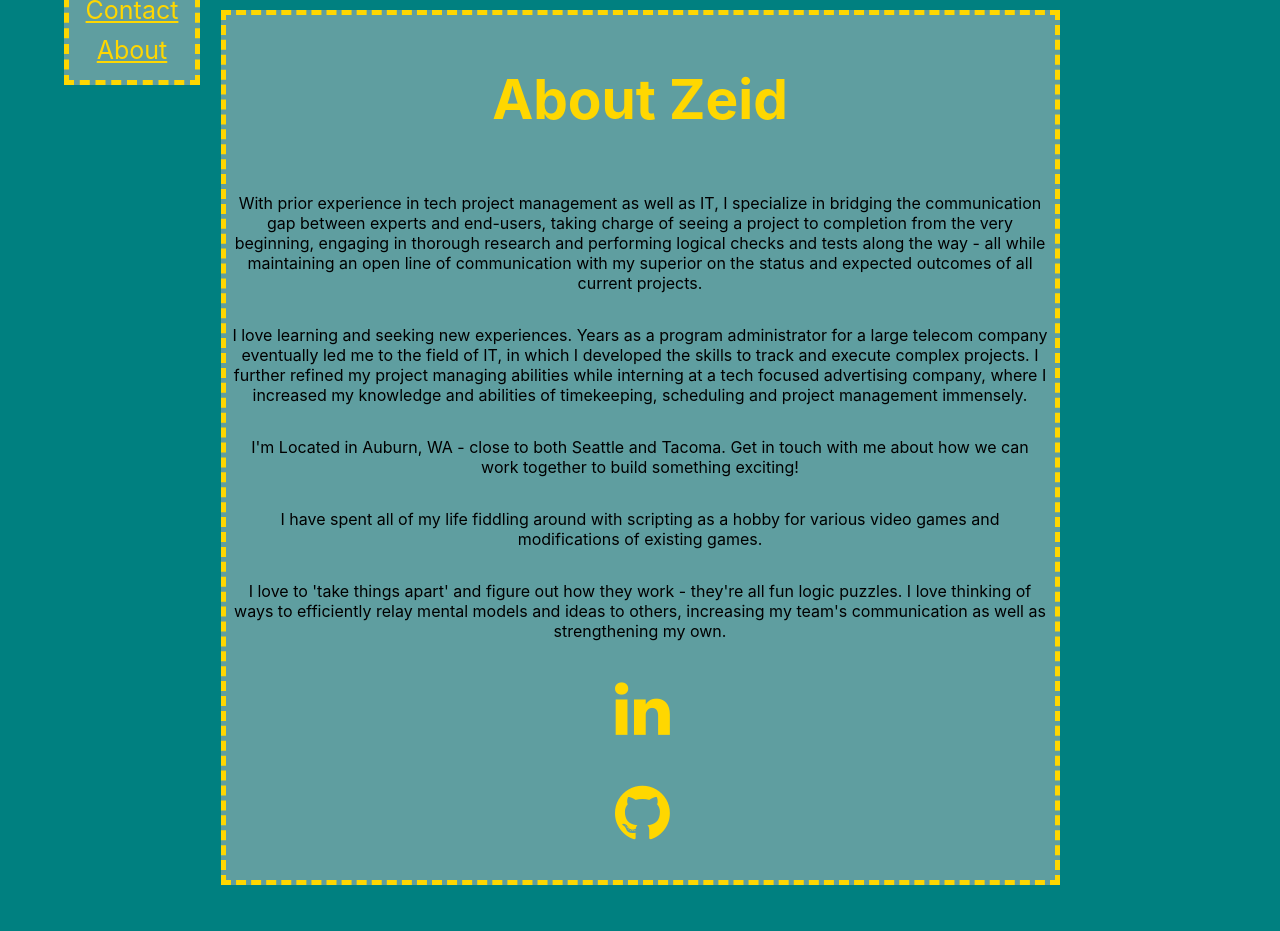
Repository: zeidalidiez/portfolioreact
Page: /About
These files come from the project's save history. The page is drawn as it stood at one moment and after the next save; the edit follows.
The browser window is 1280 px wide. The pictures show the whole page.
The project was rebuilt for these pictures with package versions that can differ from the ones it lists, and the page was loaded fresh each time. Also part of the build but not shown: src/components/Thumbnail.js, src/components/Projects.js, src/components/Contact.js.

Above is the page before, as saved 2021-02-08 18:56:18.

### public/index.html
<!DOCTYPE html>
<html lang="en">
  <head>
    <meta charset="utf-8" />
    <link href="data:[embedded picture, 289 characters]" rel="icon" type="image/x-icon" />    <meta name="viewport" content="width=device-width, initial-scale=1" />
    <link rel="stylesheet" href="https://cdnjs.cloudflare.com/ajax/libs/font-awesome/4.7.0/css/font-awesome.min.css">
    <meta name="theme-color" content="#000000" />
    <meta
      name="description"
      content="Web site created using create-react-app"
    />    <!--
      manifest.json provides metadata used when your web app is installed on a
      user's mobile device or desktop. See https://developers.google.com/web/fundamentals/web-app-manifest/
    -->
    <link rel="manifest" href="%PUBLIC_URL%/manifest.json" />
    <!--
      Notice the use of %PUBLIC_URL% in the tags above.
      It will be replaced with the URL of the `public` folder during the build.
      Only files inside the `public` folder can be referenced from the HTML.

      Unlike "/favicon.ico" or "favicon.ico", "%PUBLIC_URL%/favicon.ico" will
      work correctly both with client-side routing and a non-root public URL.
      Learn how to configure a non-root public URL by running `npm run build`.
    -->
    <title>Zeid Diez - Portfolio</title>
  </head>
  <body>
    <noscript>You need to enable JavaScript to run this app.</noscript>
    <div id="root"></div>
    <!--
      This HTML file is a template.
      If you open it directly in the browser, you will see an empty page.

      You can add webfonts, meta tags, or analytics to this file.
      The build step will place the bundled scripts into the <body> tag.

      To begin the development, run `npm start` or `yarn start`.
      To create a production bundle, use `npm run build` or `yarn build`.
    -->
  </body>
</html>

### src/index.js
import React from 'react';
import ReactDOM from 'react-dom';
import './index.css';
import App from './components/App';
import reportWebVitals from './reportWebVitals';

ReactDOM.render(
  <React.StrictMode>
  <App />
  </React.StrictMode>,
  document.getElementById('root')
);

// If you want to start measuring performance in your app, pass a function
// to log results (for example: reportWebVitals(console.log))
// or send to an analytics endpoint. Learn more: https://bit.ly/CRA-vitals
reportWebVitals();

### src/components/App.js
// App.jsx

import React from 'react';
import logo from './logo.svg';
// Import the BrowserRouter, Route and Link components
import {Route, BrowserRouter as Router, Link} from "react-router-dom";
import Projects from './Projects.js';
import Contact from './Contact.js';
import About from './About.js';
import './App.css';

function App() {
  return (
    <header>
    <Router>
      <div className="App">
        <Route exact path="/Projects" component={Projects} />
        <Route exact path="/Contact" component={Contact} />
        <Route exact path="/About" component={About} />
        <Route exact path="/" component={About} />
  <nav>
        <div className="navigation">
          <div className="navigation-sub">
            <Link to="/Projects" className="item">Projects</Link>
            <Link to="/Contact" className="item">Contact</Link>
            <Link to="/About" className="item">About</Link>

          </div>
        </div>
        </nav>
      </div>
    </Router>
    <menu>

</menu>
    </header>


  );
}

export default App;

### src/components/About.js
import React from "react"

function About(props) {
  return (
    <div className="aboutDiv">
      <h2>About Zeid</h2>
      <p>With prior experience in tech project management as well as IT, I specialize in bridging the communication gap between experts and end-users, taking charge of seeing a project to completion from the very beginning, engaging in thorough research and performing logical checks and tests along the way - all while maintaining an open line of communication with my superior on the status and expected outcomes of all current projects. </p>
      <p>I love learning and seeking new experiences. Years as a program administrator for a large telecom company eventually led me to the field of IT, in which I developed the skills to track and execute complex projects. I further refined my project managing abilities while interning at a tech focused advertising company, where I increased my knowledge and abilities of timekeeping, scheduling and project management immensely.</p>
      <p>I'm Located in Auburn, WA - close to both Seattle and Tacoma. Get in touch with me about how we can work together to build something exciting! </p>
      <p>I have spent all of my life fiddling around with scripting as a hobby for various video games and modifications of existing games.</p>
      <p>I love to 'take things apart' and figure out how they work - they're all fun logic puzzles. I love thinking of ways to efficiently relay mental models and ideas to others, increasing my team's communication as well as strengthening my own.</p>

      <a href="https://www.linkedin.com/in/zeid-diez/" class="fa fa-linkedin"></a>
      <a href="https://github.com/zeidalidiez" class="fa fa-github"></a>
    </div>
  )
}

export default About;

### src/components/App.css

body {
  background-color: teal;
  display: grid;
}
div {
display: grid;
padding: 5px;
position: relative;
text-align: center;
padding-bottom: 15px;

}
 .projectDiv {
  background-color: cadetblue;
  width: 65%;
  justify-self: center;
  align-self: center;
  align-items: center;
  border: 5px dashed gold;
 }
h2 {
  color: Gold;
  font-size: 55px;
}

/* div.project {
  text-align: center;
  font-family: Georgia, "Times New Roman", Times, serif;
  font-style: italic;
  padding-bottom: 15px;
  border: 5px dashed gold;
  width: 80%;
  justify-self: center;
} */

div.project-title {
  position: relative;
  text-align: center;
  font-family: Georgia, "Times New Roman", Times, serif;
  font-style: italic;
  padding-bottom: 15px;

}

.navigation {
text-align: center;
align-self: center;
top: 0;
position: fixed;
  }

.navigation-sub {
padding: 10px;
text-align: center;
align-self: center;
bottom: auto;
left: 5%;
position: fixed;
border: 5px dashed gold;
background-color: cadetblue;
font-size: 25px;
}

a {
  display: grid;
padding: 5px;
text-align: center;
align-self: center;
}

img {
  display: block;
  margin-left: auto;
  margin-right: auto;
  width: 50%;
}


/* unvisited link */
a:link {
  color: gold;
}

/* visited link */
a:visited {
  color: rgb(255, 208, 0);
}

/* mouse over link */
a:hover {
  color: rgb(255, 174, 0);
}

/* selected link */
a:active {
  color: rgb(255, 0, 0);
}

.aboutDiv {
  background-color: cadetblue;
  width: 65%;
  justify-self: center;
  border: 5px dashed gold;

}

form {
  background-color: cadetblue;
  width: 65%;
  justify-self: center;
  padding-bottom: 60px;
  display: grid;
  border: 5px dashed gold;
}

.emailInput {
  width: 100%;
  padding: 12px 20px;
  margin: 8px 0;
  box-sizing: border-box;
}

.messageInput {
  width: 100%;
  box-sizing: border-box;
  height: 150px;
  border-radius: 4px;
  resize: none;
}

/* Style all font awesome icons */
.fa {
  padding: 20px;
  font-size: 64px;
  width: 50px;
  text-align: center;
  text-decoration: none;
  justify-self: center;
}

/* Add a hover effect if you want */
.fa:hover {
  opacity: 0.7;
}

/* Set a specific color for each brand */

/* Facebook */
.fa-facebook {
  background: #3B5998;
  color: white;
}

/* Twitter */
.fa-twitter {
  background: #55ACEE;
  color: white;
}

@media screen and (max-width: 800px) {
  .navigation {
    text-align: center;
    align-self: center;
    top: 0;
    position: fixed;
      }

    .navigation-sub {
    padding: 10px;
    text-align: center;
    align-self: center;
    bottom: auto;
    left: 5%;
    position: fixed;
    border: 5px dashed gold;
    background-color: cadetblue;
    font-size: 10px;
    }
}

Loaded but not shown: src/index.css (common file); src/reportWebVitals.js (common file)

After the next save:
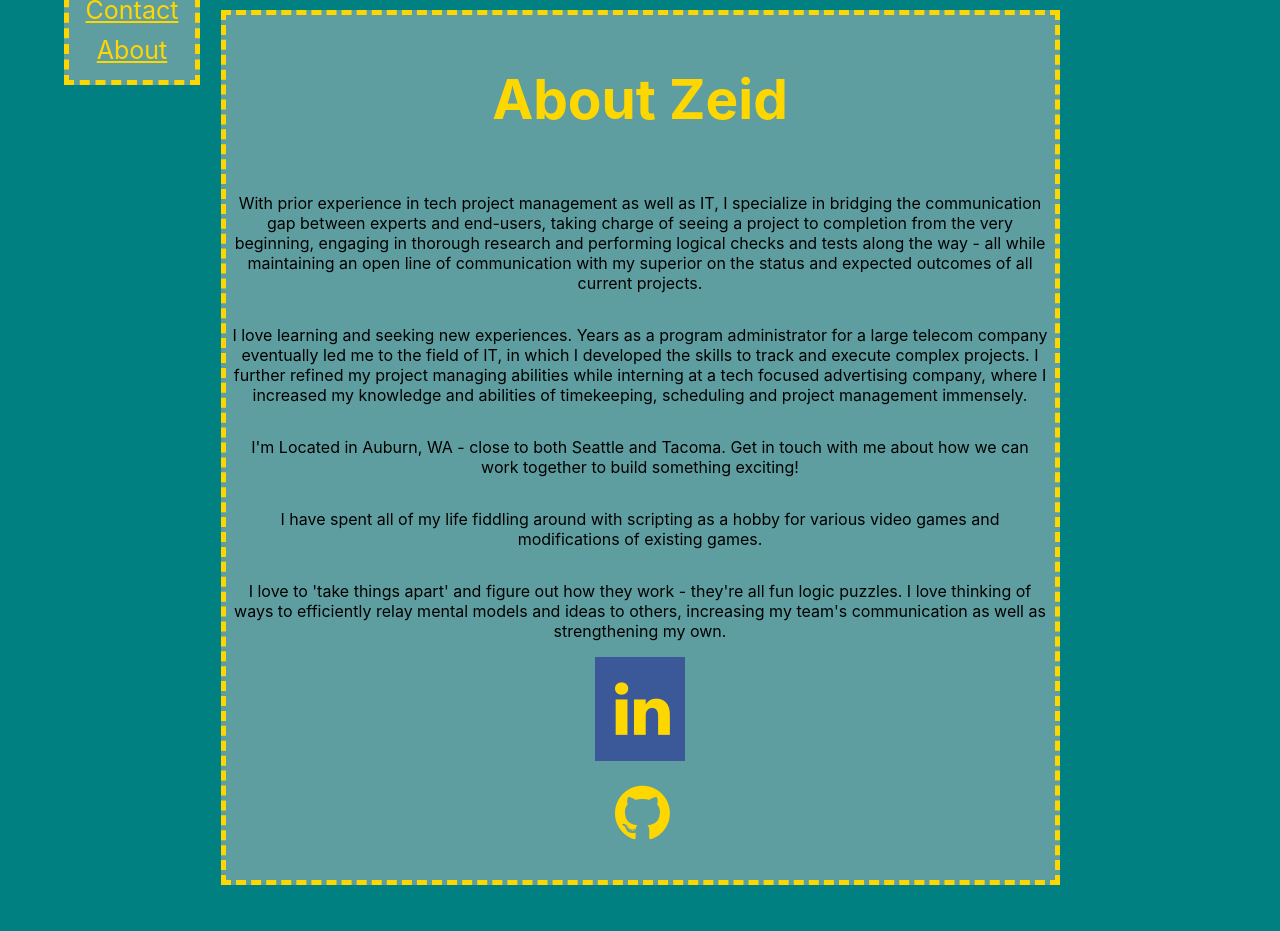
Saved 49 s later.
--- a/src/components/App.css
+++ b/src/components/App.css
@@ -147,7 +147,7 @@ form {
 /* Set a specific color for each brand */
 
 /* Facebook */
-.fa-facebook {
+.fa-linkedin {
   background: #3B5998;
   color: white;
 }
